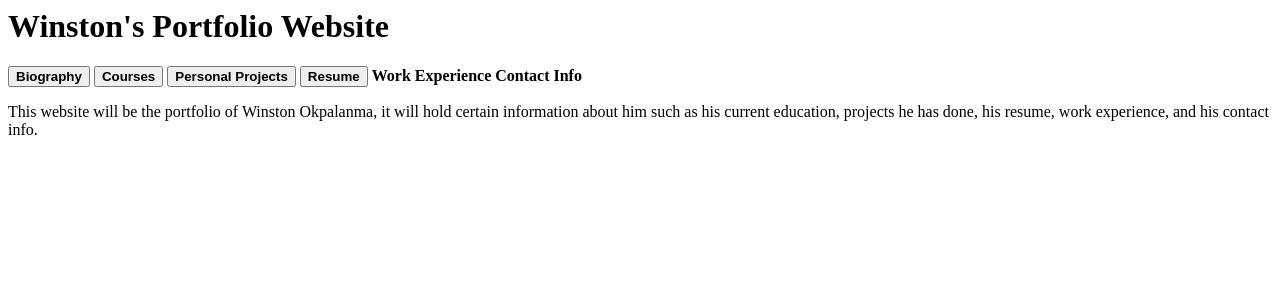
Repository: wokpalanma2020/portfolio
Page: index.html
The author's editor kept a record of every edit. The page is drawn from the files as they stood at one moment, then again after the next edit.
The browser window is 1280 px wide. The pictures show the whole page.

Above is the page before.

### index.html
<html>
  <head>
    <title> Winston's Portfolio  </title>
  </head>

  <body>
    <h1> Winston's Portfolio Website </h1>

    <u1>
      <l1>
        <button>
          <b>Biography </b>
        </button>
      </l1>

      <l1>
        <button>
          <b>Courses </b>
        </button>
      </l1>

      <l1>
        <button>
          <b>Personal Projects </b>
        </button>
      </l1>

      <l1>
        <button>
          <b>Resume </b>
        </button>
      </l1>

      <l1>
        <b>Work Experience </b>
      </l1>

      <l1>
        <b>Contact Info </b>
      </l1>
    </u1>

    <p>
      This website will be the portfolio of Winston Okpalanma, it will hold
      certain information about him such as his current education, projects he
      has done, his resume, work experience, and his contact info.
    </p>

  </body>
</html>

After the next edit:
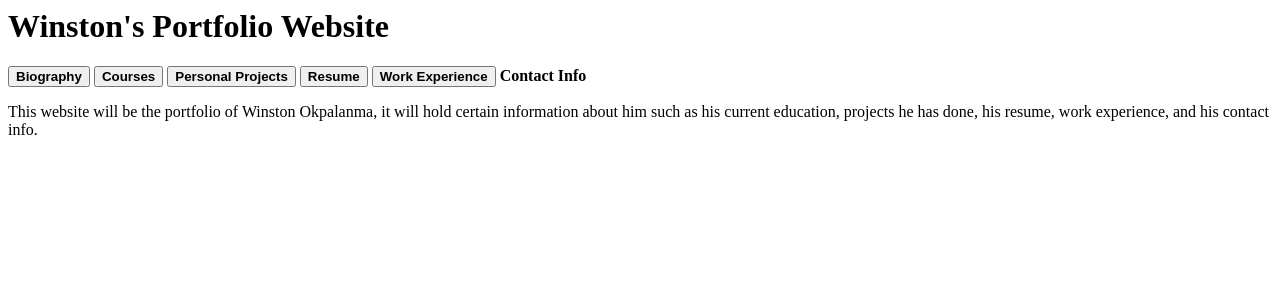
The edit:
--- a/index.html
+++ b/index.html
@@ -32,7 +32,9 @@
       </l1>
 
       <l1>
-        <b>Work Experience </b>
+        <button>
+          <b>Work Experience </b>
+        </button>
       </l1>
 
       <l1>
